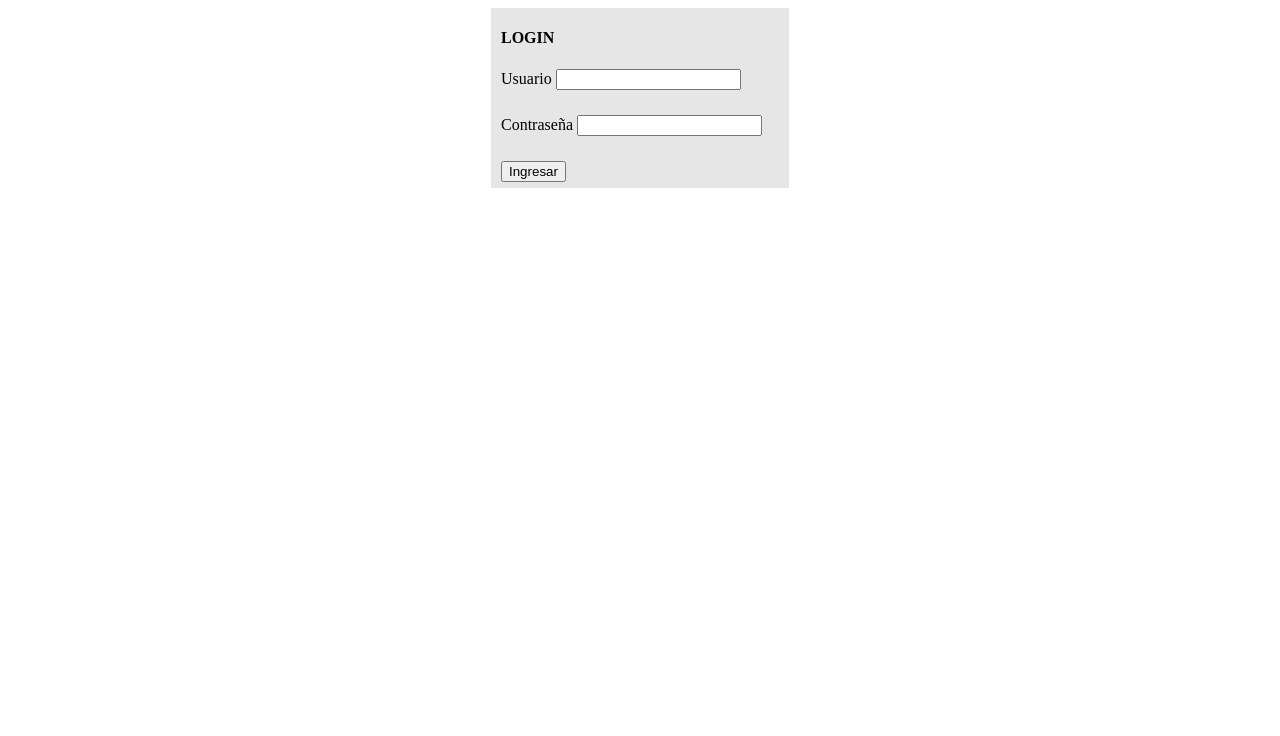
Repository: juanmondragonc/torre-project
Page: http://localhost/torre/login.jsp
An editor plug-in stored every save of this project. The page is shown before and after the next save, followed by the edit.
The browser window is 1280 px wide. The pictures show the whole page.
The page is served by Tomcat 9. Other server files are loaded and not shown.

Above is the page before, as saved 2022-08-10 20:38:47.

### torre/src/main/webapp/login.jsp
<%@ page language="java" contentType="text/html; charset=ISO-8859-1"
    pageEncoding="ISO-8859-1"%>
<!DOCTYPE html>
<html>
<head>
<meta charset="ISO-8859-1">
<link rel="stylesheet" href="css/style.css">
<title>Insert title here</title>
</head>
<body>
	<div class="container">
		<div class="section-login">
			<form method="post" action="login">
				<h4>LOGIN</h4>
				<div class="form-group">
					<label for="username">Usuario</label>
					<input id="username" name="username" type="text"/>
				</div>
				<div class="form-group">
					<label for="password">Contraseña</label>
					<input id="password" name="password" type="password"/>
				</div>
				<input type="submit" value="Ingresar"/>
			</form>
		</div>
	</div>

</body>
</html>

### torre/src/main/webapp/css/style.css
 .container {
 	height: 100vh;
 	width: auto;
 	justify-content: center;
 	display: flex;
 }
 table, th, td {
	border: 1px solid black;
	border-collapse: collapse;
}
.form-group {
 	position: relative;
 	margin-bottom: 25px;
	overflow: hidden;
}
.section-login{
	padding-left: 10px;
	width: 40vh;
	height:25vh;
	background-color: #e7e6e6;
}

After the next save:
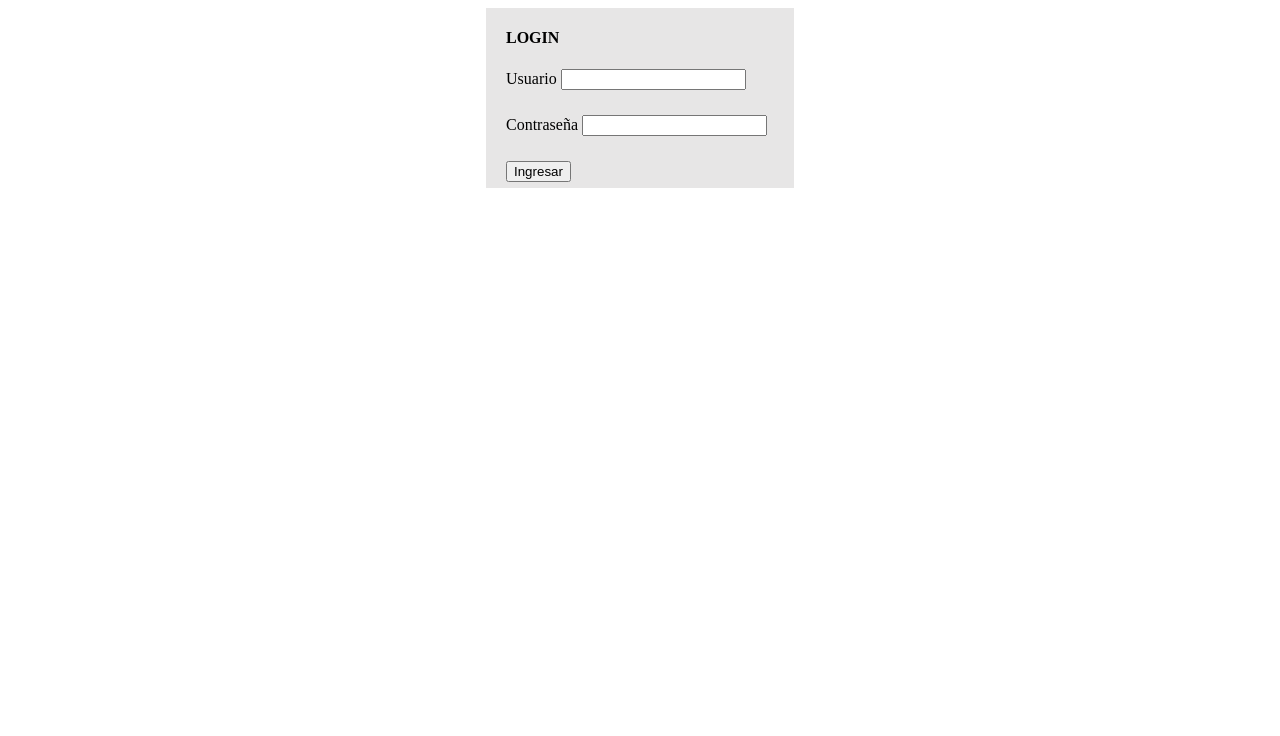
Saved 9 s later.
--- a/torre/src/main/webapp/css/style.css
+++ b/torre/src/main/webapp/css/style.css
@@ -14,7 +14,7 @@
 	overflow: hidden;
 }
 .section-login{
-	padding-left: 10px;
+	padding-left: 20px;
 	width: 40vh;
 	height:25vh;
 	background-color: #e7e6e6;
